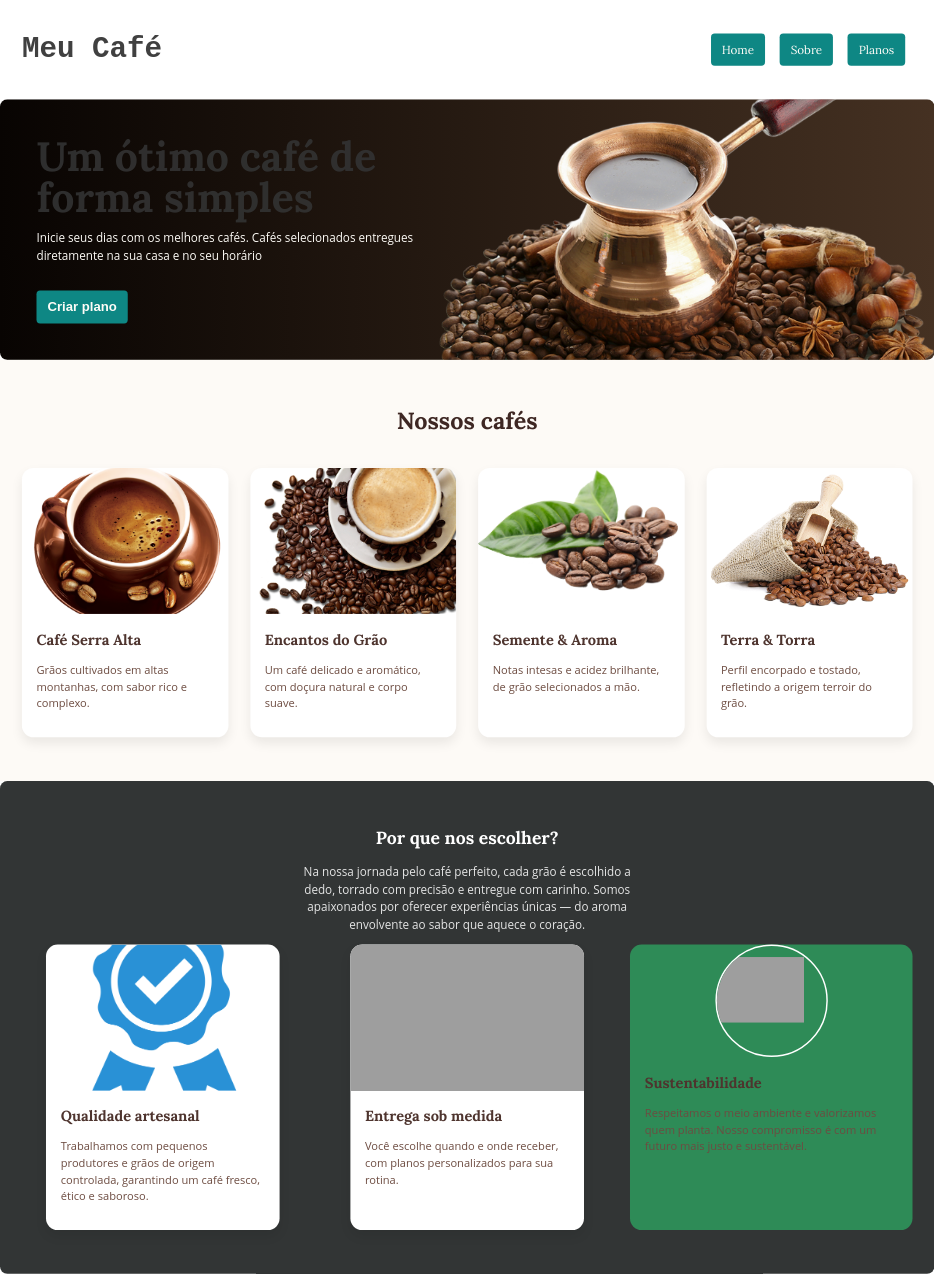
Repository: meiotera/meu_cafe.dev
Page: /
The author's editor kept a copy of each file at every save. The page is drawn from the files as they stood at one save, then again after the next save.
The browser window is 1280 px wide. The pictures show the whole page, at 73% of full size.
Pictures or frames that could not be fetched are drawn as grey boxes. The project was rebuilt for these pictures with package versions that can differ from the ones it lists, and the page was loaded fresh each time. Also part of the build but not shown: vite.config.js, src/Pages/AboutUs.jsx, src/Pages/YourPlane.jsx.

Above is the page before, as saved 2025-04-03 16:49:55.

### src/index.css
@import url('https://fonts.googleapis.com/css2?family=Lora:wght@400;700&display=swap');

:root {
  font-family: 'Lora', sans-serif;
  line-height: 1.5;
  font-weight: 400;
  box-sizing: border-box; /* Mantido */

  color: rgba(255, 255, 255, 0.87);

  font-synthesis: none;
  text-rendering: optimizeLegibility;
  -webkit-font-smoothing: antialiased;
  -moz-osx-font-smoothing: grayscale;
}

a {
  font-weight: 500;
  color: #646cff;
  text-decoration: inherit;
}
a:hover {
  color: #535bf2;
}

h1,
h2,
h3 {
  font-family: 'Lora', sans-serif;
  color: rgba(50, 49, 49, 0.93);
  margin: 0; /* Removido o margin */
}

p {
  font-family: 'Open Sans', sans-serif;
}

body {
  max-width: 1280px;
  margin: 0 auto;
}

### src/App.jsx
import React from 'react';
import { BrowserRouter, Routes, Route } from 'react-router-dom';

import Home from './Pages/Home';
import AboutUs from './Pages/AboutUs';
import YourPlane from './Pages/YourPlane';

import Header from './components/Header/Header';
import Main from './components/Main/Main';

function App() {
  return (
    <>
      <BrowserRouter>
        <Header />

        <Main>
          <Routes>
            <Route path="/" element={<Home />} />
            <Route path="/sobre" element={<AboutUs />} />
            <Route path="planos" element={<YourPlane />} />
          </Routes>
        </Main>
      </BrowserRouter>
    </>
  );
}

export default App;

### src/Pages/Home.jsx
import React from 'react';
import Banner from '../components/Banner/Banner';

import styles from './Home.module.css';
import Card from '../components/Card/Card';

const Home = () => {
  return (
    <>
      <Banner
        titulo={'Um ótimo café de forma simples'}
        imagem={'artesanal'}
        texto={
          'Inicie seus dias com os melhores cafés. Cafés selecionados entregues diretamente na sua casa e no seu horário'
        }
        botao={'Criar plano'}
      />

      <section className={styles.collection}>
        <div className={styles.titulo}>
          <h2>Nossos cafés</h2>
        </div>

        <div className={styles.collectionCards}>
          <Card
            titulo={'Café Serra Alta'}
            paragrafo={
              'Grãos cultivados em altas montanhas, com sabor rico e complexo.'
            }
            imagem={'serraalta'}
          />

          <Card
            titulo={'Encantos do Grão'}
            paragrafo={
              'Um café delicado e aromático, com doçura natural e corpo suave.'
            }
            imagem={'encantos'}
          />

          <Card
            titulo={'Semente & Aroma'}
            paragrafo={
              'Notas intesas e acidez brilhante, de grão selecionados a mão.'
            }
            imagem={'sementeearoma'}
          />

          <Card
            titulo={'Terra & Torra'}
            paragrafo={
              ' Perfil encorpado e tostado, refletindo a origem terroir do grão.'
            }
            imagem={'terraetorra'}
          />
        </div>
      </section>

      <section className={styles.porque}>
        <div className={styles.descricao}>
          <h2>Por que nos escolher?</h2>

          <p>
            Na nossa jornada pelo café perfeito, cada grão é escolhido a dedo,
            torrado com precisão e entregue com carinho. Somos apaixonados por
            oferecer experiências únicas — do aroma envolvente ao sabor que
            aquece o coração.
          </p>
        </div>
        <div className={styles.collectionCards}>
          <Card
            className={styles.cardDestaque}
            titulo={'Qualidade artesanal'}
            paragrafo={
              'Trabalhamos com pequenos produtores e grãos de origem controlada, garantindo um café fresco, ético e saboroso.'
            }
            imagem={'quality'}
          />

          <Card
            className={styles.cardDestaque}
            titulo={'Entrega sob medida'}
            paragrafo={
              'Você escolhe quando e onde receber, com planos personalizados para sua rotina.'
            }
            imagem={'delivery'}
          />

          <Card
            cardDestaque={styles.cardDestaque}
            imgClassName={styles.imgContainer}
            circular={true}
            titulo={'Sustentabilidade'}
            paragrafo={
              'Respeitamos o meio ambiente e valorizamos quem planta. Nosso compromisso é com um futuro mais justo e sustentável.'
            }
            imagem={'natur'}
          />
        </div>
      </section>
    </>
  );
};

export default Home;

### src/components/Header/Header.jsx
import React from 'react';

import styles from './Header.module.css';
import NavBar from '../NavBar/NavBar';
import Banner from '../Banner/Banner';

const Header = () => {
  return (
    <header className={styles.header}>
      <h1 className={styles.titulo}>Meu Café</h1>

      <NavBar />
    </header>
  );
};

export default Header;

### src/components/Main/Main.jsx
import React from 'react';

const Main = ({ children }) => {
  return <main>{children}</main>;
};

export default Main;

### src/components/Banner/Banner.jsx
import React from 'react';

import styles from './Banner.module.css';

const Banner = ({ titulo, texto, botao }) => {
  return (
    <div className={styles.banner}>
      <div className={styles.containerText}>
        <h2>{titulo}</h2>

        <p>{texto}</p>
        {botao && <button className={styles.button}>{botao}</button>}
      </div>
    </div>
  );
};

export default Banner;

### src/Pages/Home.module.css
.collection,
.porque {
  padding: 60px 30px;
  background-color: #fdfaf6;
}

.porque {
  background-color: rgb(50, 53, 53);
  border-radius: 10px;
}

.porque .descricao h2 {
  color: #fff;
}

.descricao {
  text-align: center;
  max-width: 450px;
  margin: 0 auto;
}

.titulo h2 {
  font-size: 2rem;
  text-align: center;
  margin-bottom: 40px;
  color: #3e2723;
}

.collectionCards {
  display: grid;
  grid-template-columns: repeat(auto-fit, minmax(200px, 1fr));
  gap: 30px;
  justify-items: center;
}

/* Estilo para ícone ou imagem circular */
.cardDestaque {
  background-color: seagreen;
  border-radius: 16px;

  color: #fdfaf6;
}

.imgContainer {
  height: 150px;
  width: 150px;
  overflow: hidden;
  border: 2px solid #fff;
  margin: 0 auto;
  border-radius: 50%;
}

.cardDestaque .imgContainer img {
  width: 80%;
  height: 80%;
  object-fit: contain;
}

### src/components/Card/Card.jsx
import React from 'react';
import styles from './Card.module.css';
import clsx from 'clsx';

const Card = ({ titulo, paragrafo, imagem, imgClassName, cardDestaque }) => {
  return (
    <div className={clsx(cardDestaque || styles.cafeCard)}>
      <div className={clsx(imgClassName || styles.imgContainer)}>
        <img src={`../../img/${imagem}.png`} alt={`${imagem}`} />
      </div>
      <div className={styles.texto}>
        <h3>{titulo}</h3>
        <p>{paragrafo}</p>
      </div>
    </div>
  );
};

export default Card;

### src/components/Header/Header.module.css
.header {
  height: max-content;
  color: rgba(50, 49, 49, 0.93);

  padding: 30px;
  display: flex;
  flex-wrap: wrap;
  justify-content: center;
  align-items: center;
}

.titulo {
  font-size: 2.5em;
  font-family: 'Courier New', Courier, monospace;
  font-weight: bold;
}

@media screen and (min-width: 548px) {
  .header {
    justify-content: space-between;
  }
}

### src/components/NavBar/NavBar.jsx
import React from 'react';
import { NavLink } from 'react-router-dom';

import styles from './NavBar.module.css';

const NavBar = () => {
  return (
    <nav className={styles.navbar}>
      <ul>
        <li>
          <NavLink to={'/'}>Home</NavLink>
        </li>
        <li>
          <NavLink to={'/sobre'}>Sobre</NavLink>
        </li>
        <li>
          <NavLink to={'/planos'}> Planos</NavLink>
        </li>
      </ul>
    </nav>
  );
};
export default NavBar;

### src/components/Banner/Banner.module.css
.banner {
  background-image: url('../../../public/img/artesanal.png'),
    linear-gradient(to left, #453122, #080402);

  background-repeat: no-repeat;
  background-position: right;
  display: flex;

  justify-content: space-between;
  align-items: center;
  padding: 30px 50px;
  border-radius: 10px;
}

.containerText {
  color: #fefcf7;
  max-width: 50%;
  padding: 20px 0;
}

.containerText h2 {
  font-size: 3.5em;
  line-height: 1;
}

.button {
  border: none;
  background-color: #0e8784;
  border-radius: 5px;
  padding: 12px 15px;
  color: #fefcf7;
  font-weight: bold;
  font-size: 18px;
  cursor: pointer;
  margin-top: 20px;
  transition: ease-in-out 0.2s;
}

.button:hover {
  background-color: #189b99;
}

@media screen and (max-width: 820px) {
  .containerText {
    max-width: 500px;
  }
}

### src/components/Card/Card.module.css
.cafeCard {
  background: #fff;
  border-radius: 16px;
  box-shadow: 0 8px 16px rgba(0, 0, 0, 0.08);
  overflow: hidden;
  max-width: 320px;
  transition: transform 0.3s ease, box-shadow 0.3s ease;
}

.cafeCard:hover {
  transform: translateY(-5px);
  box-shadow: 0 12px 24px rgba(0, 0, 0, 0.15);
}

.imgContainer {
  width: 100%;
  height: 200px;
}

.imgContainer img {
  width: 100%;
  height: 100%;
  object-fit: cover;
}

.texto {
  padding: 20px;
}

.texto h3 {
  font-size: 1.25rem;
  margin-bottom: 10px;
  color: #4e342e;
}

.texto p {
  font-size: 0.95rem;
  color: #6d4c41;
}

### src/components/NavBar/NavBar.module.css
.navbar ul {
  display: flex;
  padding: 0;
  justify-content: space-between;
}

.navbar li {
  list-style: none;
  margin: 10px;
}

.navbar a {
  padding: 12px 15px;
  background-color: #0e8784;
  border-radius: 5px;
  color: #fefcf7;
}

.navbar a:hover {
  background-color: #189b99;
}

Loaded but not shown: index.html (common file); src/main.jsx (common file)

After the next save:
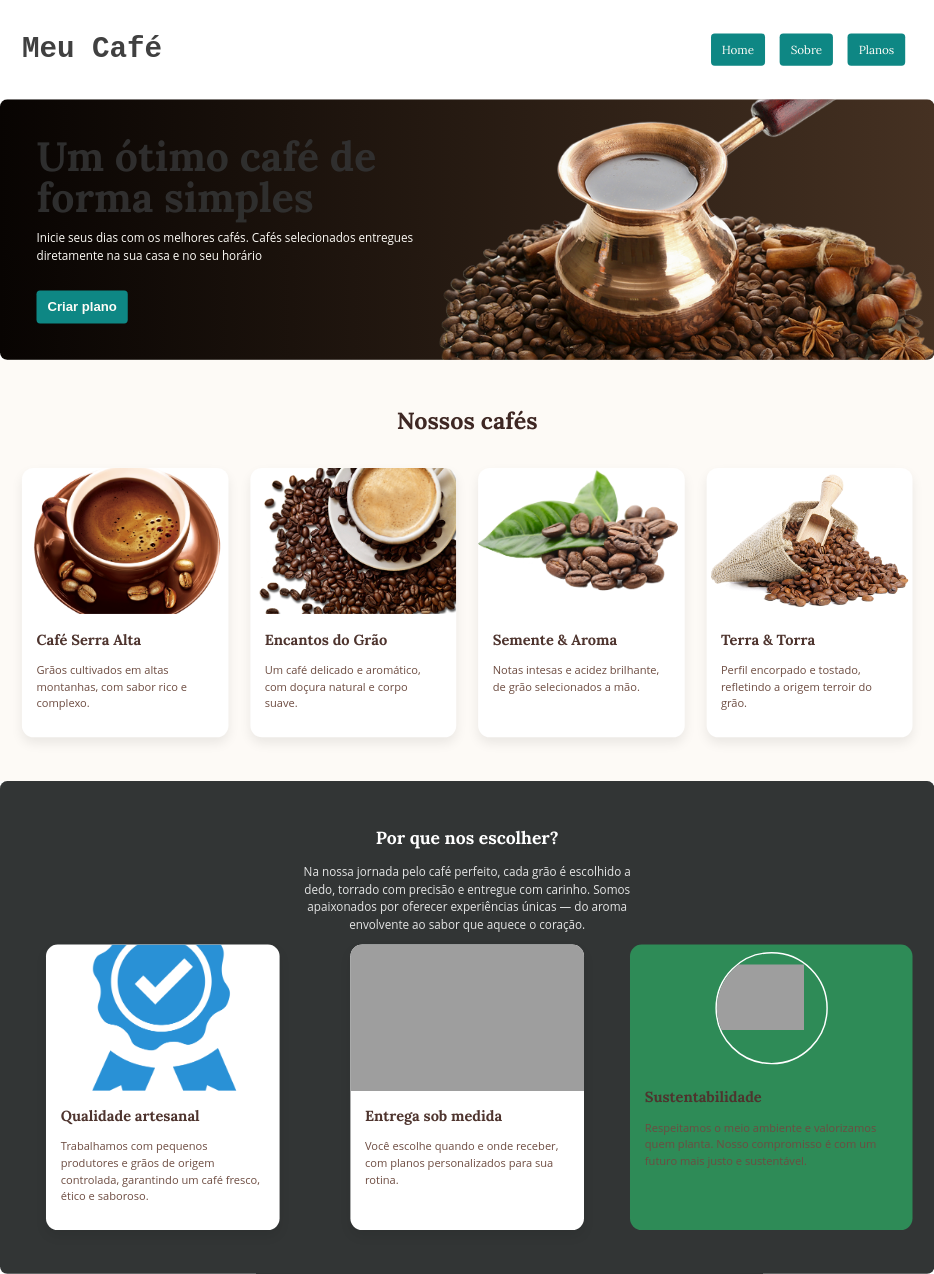
Saved 13 s later.
--- a/src/Pages/Home.module.css
+++ b/src/Pages/Home.module.css
@@ -46,7 +46,7 @@
   width: 150px;
   overflow: hidden;
   border: 2px solid #fff;
-  margin: 0 auto;
+  margin: 10px auto;
   border-radius: 50%;
 }
 
